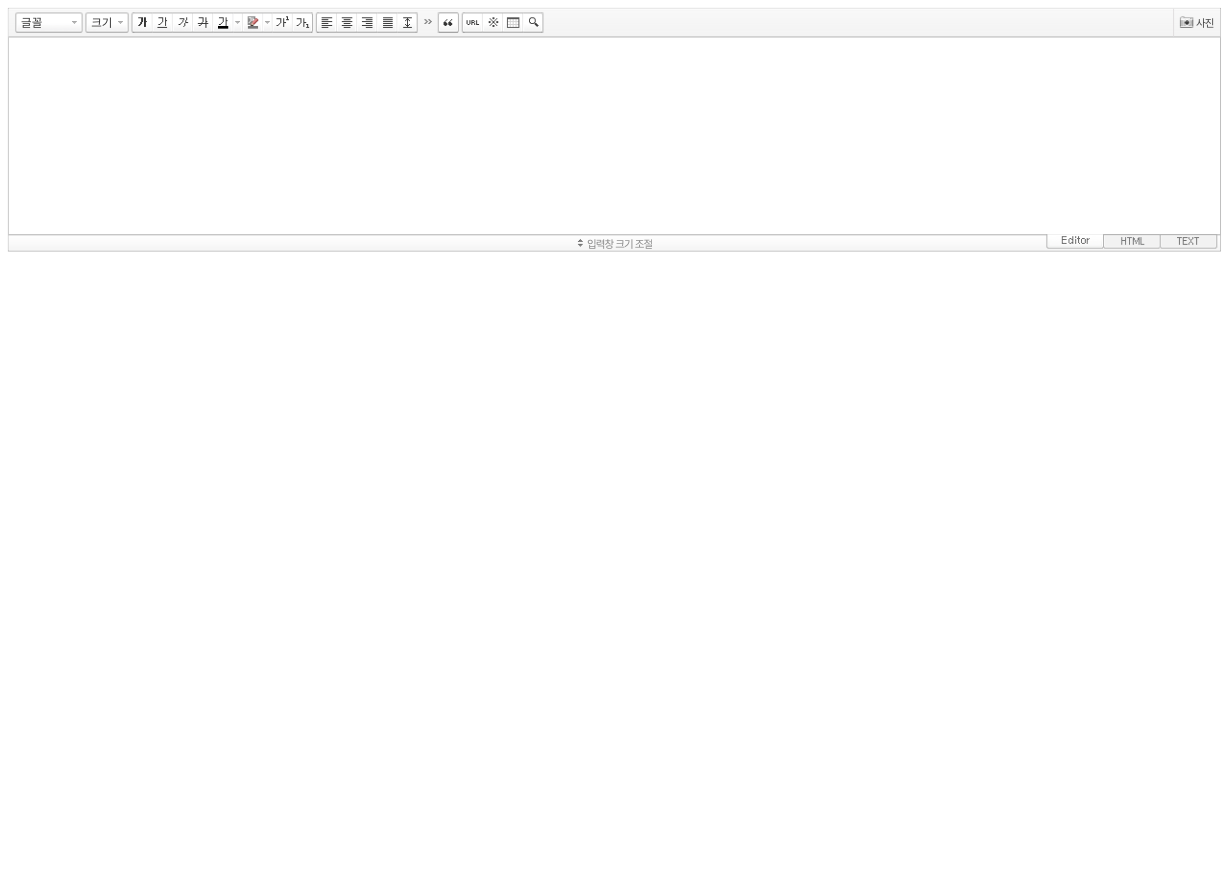
Repository: newtron-vania/Self-made_Foods-JSP
Page: http://localhost/smarteditorSample/Write.jsp
These files come from the project's save history. The page is drawn as it stood at one moment and after the next save; the edit follows.
The browser window is 1280 px wide. The pictures show the whole page, at 96% of full size.
Some web libraries are served in a nearby version. The page is served by Tomcat 9. Other server files are loaded and not shown.

Above is the page before, as saved 2019-12-13 18:16:14.
Console error: ReferenceError: jindo is not defined

### smarteditorSample/WebContent/Write.jsp
<%@ page language="java" contentType="text/html; charset=EUC-KR"
    pageEncoding="EUC-KR"%>
<!DOCTYPE html>
<html>
<head>
<meta charset="EUC-KR">
<title>Insert title here</title>
</head>
<!-- Smart Editor -->
<script type="text/javascript" src="<%=request.getContextPath()%>/SE2/js/HuskyEZCreator.js" charset="utf-8"></script>
<script type="text/javascript" src="<%=request.getContextPath()%>/SE2/photo_uploader/plugin/hp_SE2M_AttachQuickPhoto.js" charset="utf-8"></script>

<script type="text/javascript" src="http://code.jquery.com/jquery-1.9.0.min.js"></script>

<!-- Smart Editor -->
<script type="text/javascript">

var oEditors = [];
$(function(){
	nhn.husky.EZCreator.createInIFrame({
	    oAppRef: oEditors,
	    elPlaceHolder: "textAreaContent",
	    sSkinURI: "/smarteditorSample/SE2/SmartEditor2Skin.html",
	    fCreator: "createSEditor2"
	});

	//‘저장’ 버튼을 누르는 등 저장을 위한 액션을 했을 때 submitContents가 호출된다고 가정한다.
	function submitContents(elClickedObj) {
	    // 에디터의 내용이 textarea에 적용된다.
	    oEditors.getById["textAreaContent"].exec("UPDATE_CONTENTS_FIELD", [ ]);

	    // 에디터의 내용에 대한 값 검증은 이곳에서
	    // document.getElementById("textAreaContent").value를 이용해서 처리한다.

	    try {
	        elClickedObj.form.submit();
	    } catch(e) {

	    }
	}

});

	// textArea에 이미지 첨부
	function pasteHTML(filepath){
	    var sHTML = '<img src=C:/Workspace/Project/smarteditorSample/WebContent/img/'+filepath+'>';
	    oEditors.getById["textAreaContent"].exec("PASTE_HTML", [sHTML]);
	}

</script>
<body>

<textarea style="width: 100%" rows="10" name="content" id="textAreaContent" cols="80"></textarea>

</body>
</html>

### smarteditorSample/WebContent/SE2/css/smart_editor2_in.css
@charset "UTF-8";
/* NHN Web Standardization Team (http://html.nhndesign.com/) HHJ 090226 */
/* COMMON */
body, .se2_inputarea { margin: 0; padding: 0; font-family: '돋움',Dotum,Helvetica,Sans-serif; font-size: 12px; line-height: 1.5; }

/* body,.se2_inputarea,.se2_inputarea th,.se2_inputarea td{margin:0;padding:0;font-family:'돋움',Dotum,Helvetica,Sans-serif;font-size:12px;line-height:1.5;color:#666} */
.se2_inputarea p, .se2_inputarea br { margin: 0; padding: 0; }

.se2_inputarea { margin: 15px; word-wrap: break-word; *word-wrap: normal; *word-break: break-all; }

.se2_inputarea_890 { width: 741px; margin: 20px 0 10px 64px; }

.se2_inputarea_698 { width: 548px; margin: 20px 0 10px 64px; }

/* TEXT_TOOLBAR : QUOTE */
.se2_quote1 { margin: 0 0 30px 20px; padding: 0 8px; border-left: 2px solid #ccc; color: #888; }

.se2_quote2 { margin: 0 0 30px 13px; padding: 0 8px 0 16px; background: url("../img/bg_quote2.gif") 0 3px no-repeat; color: #888; }

.se2_quote3 { margin: 0 0 30px; padding: 12px 10px 11px; border: 1px dashed #ccc; color: #888; }

.se2_quote4 { margin: 0 0 30px; padding: 12px 10px 11px; border: 1px dashed #66b246; color: #888; }

.se2_quote5 { margin: 0 0 30px; padding: 12px 10px 11px; border: 1px dashed #ccc; background: #fafafa; color: #888; }

.se2_quote6 { margin: 0 0 30px; padding: 12px 10px 11px; border: 1px solid #e5e5e5; color: #888; }

.se2_quote7 { margin: 0 0 30px; padding: 12px 10px 11px; border: 1px solid #66b246; color: #888; }

.se2_quote8 { margin: 0 0 30px; padding: 12px 10px 11px; border: 1px solid #e5e5e5; background: #fafafa; color: #888; }

.se2_quote9 { margin: 0 0 30px; padding: 12px 10px 11px; border: 2px solid #e5e5e5; color: #888; }

.se2_quote10 { margin: 0 0 30px; padding: 12px 10px 11px; border: 2px solid #e5e5e5; background: #fafafa; color: #888; }

Loaded but not shown: smarteditorSample/WebContent/SE2/js/jindo.min.js (library); smarteditorSample/WebContent/SE2/js/jindo_component.js (library); smarteditorSample/WebContent/SE2/js/smarteditor2.min.js (library); smarteditorSample/WebContent/SE2/smart_editor2_inputarea.html (common file); smarteditorSample/WebContent/SE2/js/SE2BasicCreator.js (92 lines, source omitted); smarteditorSample/WebContent/SE2/js/HuskyEZCreator.js (134 lines, source omitted); smarteditorSample/WebContent/SE2/photo_uploader/plugin/hp_SE2M_AttachQuickPhoto.js (108 lines, source omitted); smarteditorSample/WebContent/SE2/js/SE2B_Configuration_General.js (52 lines, source omitted); smarteditorSample/WebContent/SE2/js/SE2B_Configuration_Service.js (64 lines, source omitted); smarteditorSample/WebContent/SE2/SmartEditor2Skin.html (802 lines, source omitted); smarteditorSample/WebContent/SE2/css/smart_editor2_items.css (894 lines, source omitted); smarteditorSample/WebContent/SE2/css/smart_editor2.css (336 lines, source omitted)

After the next save:
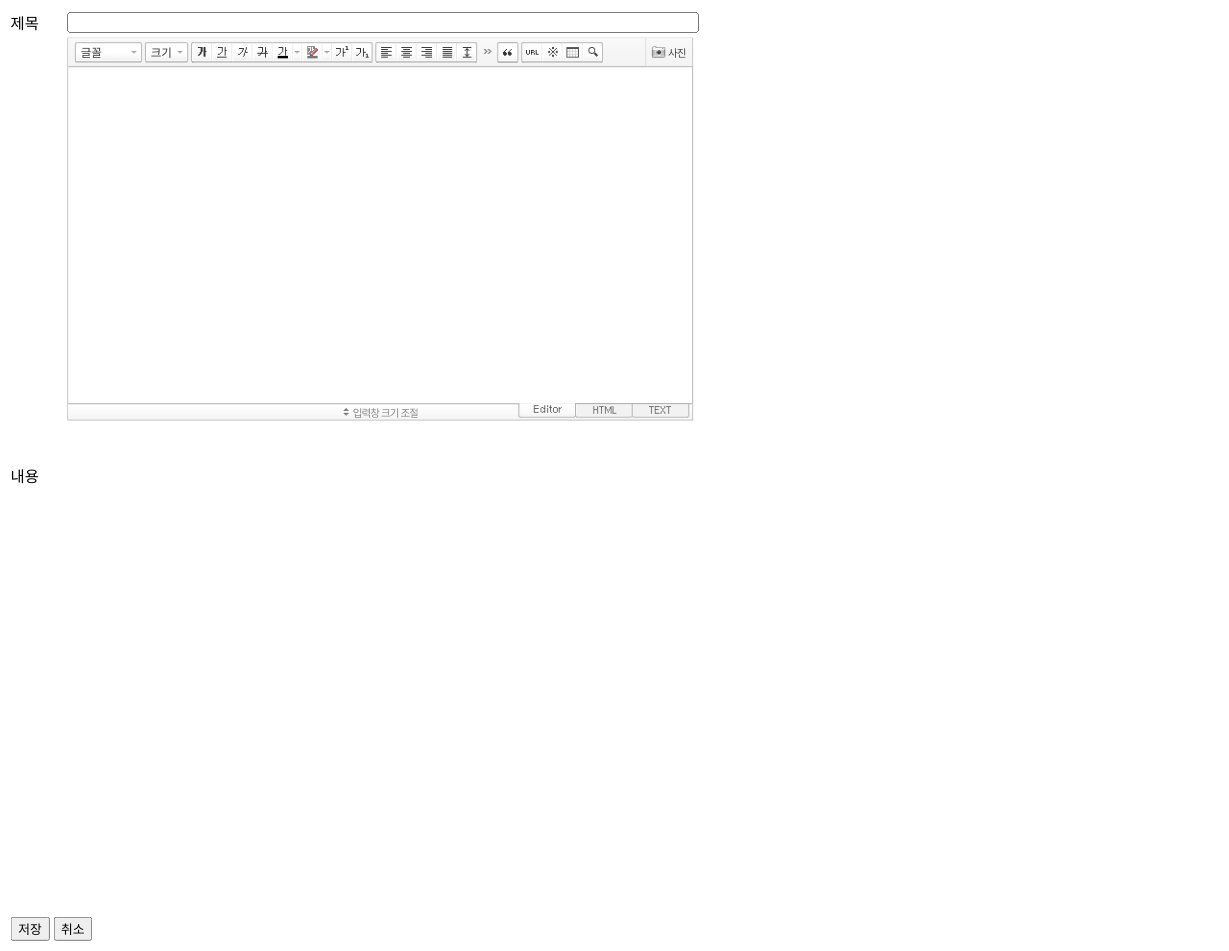
Saved 2 h 24 min later.
--- a/smarteditorSample/WebContent/Write.jsp
+++ b/smarteditorSample/WebContent/Write.jsp
@@ -49,8 +49,24 @@ $(function(){
 
 </script>
 <body>
-
-<textarea style="width: 100%" rows="10" name="content" id="textAreaContent" cols="80"></textarea>
-
+<form id="frm" action="insert.jsp" method="post" >
+<table width="100%">
+        <tr>
+            <td>제목</td>
+            <td><input type="text" id="title" name="title" style="width:650px"/></td>
+        </tr>
+        <tr>
+            <td>내용</td>
+            <td>
+                <textarea rows="10" cols="30" id="textAreaContent" name="content" style="width:650px; height:350px; "></textarea>
+            </td>
+        </tr>
+        <tr>
+            <td colspan="2">
+                <input type="button" id="save" value="저장"/>
+                <input type="button" value="취소"/>
+            </td>
+        </tr>
+</table>
 </body>
 </html>
